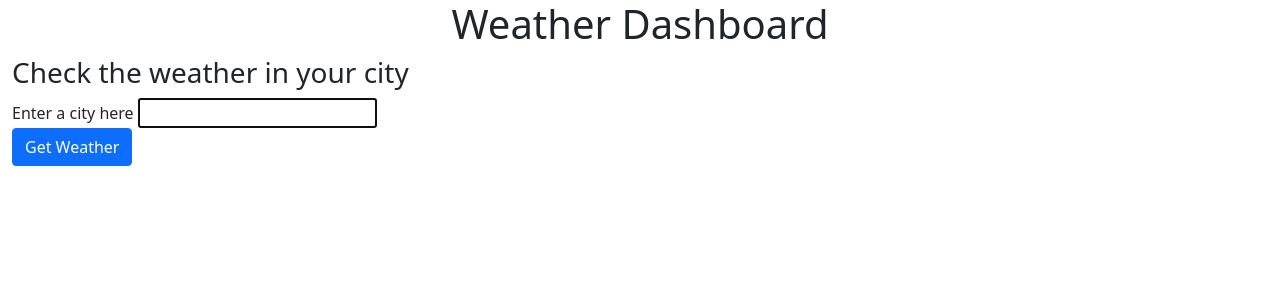
Repository: Naomilounsbury/weather-dashboard
Page: index.html
These files come from the project's save history. The page is drawn as it stood at one moment and after the next save; the edit follows.
The browser window is 1280 px wide. The pictures show the whole page.
Some web libraries are served in a nearby version.

Above is the page before, as saved 2021-12-10 14:43:02.

### index.html
<!DOCTYPE html>
<html lang="en">

<head>
    <meta charset="UTF-8">
    <meta http-equiv="X-UA-Compatible" content="IE=edge">
    <meta name="viewport" content="width=device-width, initial-scale=1.0">
    <link href="https://cdn.jsdelivr.net/npm/bootstrap@5.1.3/dist/css/bootstrap.min.css" rel="stylesheet"
        integrity="sha384-1BmE4kWBq78iYhFldvKuhfTAU6auU8tT94WrHftjDbrCEXSU1oBoqyl2QvZ6jIW3" crossorigin="anonymous">
    <title>weather-dashboard</title>
</head>

<body>
    <div class="container-fluid">
        <h1 class="row justify-content-center bg">
            Weather Dashboard
        </h1>
        <div class="row">
            <div class="holdingmyform col-4">
                <h3 class="weathersearch">Check the weather in your city</h3>
                <form id="weather-form">
                    <label class="freaken-label" for="city">Enter a city here</label>
                    <input name="city" class="city-name" type="text" autofocus="true">
                    <button type="submit" class="btn btn-primary">
                        Get Weather
                    </button>
                </form>
            </div>
            <div class="col-8">
                <div id="city"></div>
                <div class="forecast col-2 justify-content-"></div>
                <div class="temperature"></div>
                <div class="wind-speed"></div>
                <div class="humidity"></div>

            </div>
        </div>
    </div>
    <script src="https://cdn.jsdelivr.net/npm/bootstrap@5.1.3/dist/js/bootstrap.bundle.min.js"
        integrity="sha384-ka7Sk0Gln4gmtz2MlQnikT1wXgYsOg+OMhuP+IlRH9sENBO0LRn5q+8nbTov4+1p"
        crossorigin="anonymous"></script>
    <script src="https://cdnjs.cloudflare.com/ajax/libs/moment.js/2.24.0/moment.min.js"></script>
    <script src="https://code.jquery.com/jquery-3.4.1.min.js"></script>
    <script src="./assets/js/script.js"></script>
</body>

</html>

### assets/js/script.js
//we are fetchingthe api currently we are in miami but hopefully we can change cities
//my requestUrl is a string and we have to make the city part of the string dynamic so will need backticks
//and connect it to the form

//hopefully the way this works is when a city is entered it fetches that data
var nameInputEl = document.querySelector(".city-name");
var getWeather = function (event) {


    //so the whole url needs to be dynamic so I have to put backticks on the whole thing
    //then the dollar sign and curly braces signal javascript that there will be code in here and the code will evaluate to a string that
    // will be input in this position
    var requestURL = `https://api.openweathermap.org/data/2.5/weather?q=${nameInputEl.value.trim()}&appid=82b88905657c227b366aeed2a3762dff&units=metric`
    event.preventDefault()
    //need a variable that lets the getweather function have access to the data
    //and return that data
    //type of is a weird one
    console.log(nameInputEl.value)

    fetch(requestURL)
        // after the request finishes, so when the promise resovles the then part is a function that runs once the promise resolves
        .then(function (response) {
            //there is a .then inside of a .then, why does this work????
            //response.json: the response there is a promise
            //when we do a fetch requestUrl we get a promise that respolves to an object
            //when we do the .then we're making a temporary variable named "response"
            //and a response objuserFormEl.addEventListener("submit", formSubmitHandler);ect and the response object has a .json object on it that returns a promise so we need another .then to capture when the
            //promise is resolved
            //dataData is now another temporary variable that we are using so that when response.json resolves it gets
            //put into the temporary variable and we can work with it inside the function
            return response.json()
        }).then(function (dataData) {
            displayCurrentCity(dataData)
            getForecast(dataData.coord)
        })



    //had to make the response .json because there wasn't any data otherwise
    //.json is the way to get the data out of the response

    //this console log is ouside the fetch
    console.log("outside");
}

// so I grabbed the weather form using jquery and saved it in citySearchName/jquery just messes things up
var citySearchName = document.querySelector("#weather-form");

//I'm not sure if it would be citySearchEl or the button to put the event listener on
// apparently I need the event listener, it needs to be outside the function because we want it to be added as soon as the page loads
citySearchName.addEventListener("submit", getWeather);
var weatherContainerEl = document.querySelector(".cities-container");
var citiesSearch = document.querySelector("#cities")

//creating a function that saves the data in local storage
var saveData = function (city, data) {
    console.log(city)
    console.log(data)
    localStorage.setItem(city, data)
}
var displayCurrentCity = function (data) {
    console.log(data)
    //city date icon temperature wind speed humidity
    //five day forecast for the city
    var displayDate = moment.unix(data.dt).format('MMMM Do YYYY');
    var cityEl = document.querySelector("#city");
    cityEl.innerHTML = `${data.name} ${displayDate} <img src=http://openweathermap.org/img/wn/${data.weather[0].icon}@2x.png>`
    var temperatureEl = document.querySelector(".temperature")
    var windSpeedEl = document.querySelector(".wind-speed")
    var humidityEl = document.querySelector(".humidity")
    temperatureEl.textContent = "Temperature:" + `${data.main.temp}` + "°C"
    windSpeedEl.textContent = "Wind Speed:" + `${data.wind.speed}` + "m/s"
    humidityEl.textContent = "Humidity:" + `${data.main.humidity}` + "%"
    //do I need to append childs here
    //whys this not sh owing up

}
//first add more html elements for current city
//insert data into elements via javascrpt
//create a new display forecast function to display the five day forecast
//display forecast function should go right before I call save data

var fiveDayForecastEl = document.querySelector(".forecast")

var getForecast = function (coord) {
    var forecastUrl = `https://api.openweathermap.org/data/2.5/onecall?lat=${coord.lat}&lon=${coord.lon}&exclude={part}&appid=82b88905657c227b366aeed2a3762dff`

    fetch(forecastUrl).then(function (forecastResponse) {
        return forecastResponse.json()
    }).then(function (forecastData) {
        displayForecast(forecastData)
        //TODO call my display forcast function here
        //so by calling saveData inside the .then on the .then we are getting data
        saveData(nameInputEl.value.trim(), forecastData)
    })
}

var displayForecast = function (forecastData) {

    console.log(forecastData)
    //the for loop is so it runs through all days and hopefully puts them on the page
    for (var i = 1; i < forecastData.daily.length - 2; i++) {
        // Create a list element

        var dailyData = forecastData.daily[i]
        var displayDate = moment.unix(dailyData.dt).format('MMMM Do YYYY');

        var header = document.createElement('h3');
        var listItem = document.createElement('li');
        var temperatureEl = document.createElement('p')
        var windSpeedEl = document.createElement('p')
        var humidityEl = document.createElement('p')

        //TODO add some text to make it look nice
        temperatureEl.textContent = `${dailyData.temp.day}`
        windSpeedEl.textContent = `${dailyData.wind_speed}`
        humidityEl.textContent = `${dailyData.humidity}`
        header.innerHTML = `<img src=http://openweathermap.org/img/wn/${dailyData.weather[0].icon}@2x.png> ${displayDate}`;
        fiveDayForecastEl.appendChild(listItem);

        // listItem.textContent = `${forecastData.daily[i]}`;
        listItem.appendChild(header);
        listItem.append(temperatureEl, windSpeedEl, humidityEl);

    }

}

After the next save:
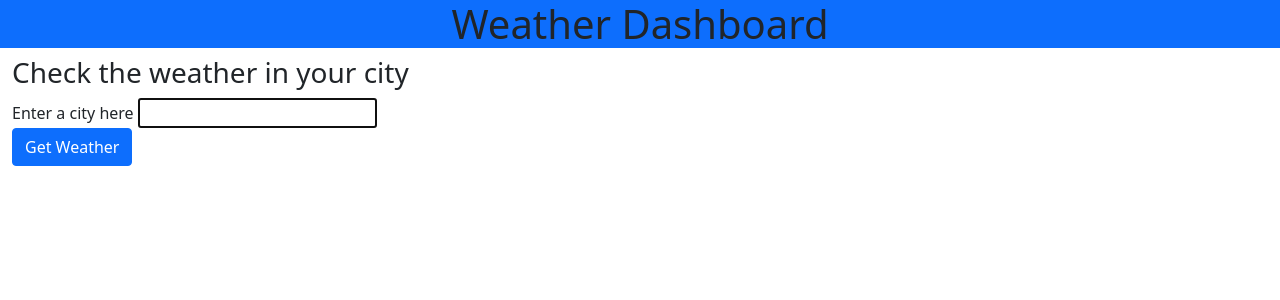
Saved 116 s later.
--- a/index.html
+++ b/index.html
@@ -12,7 +12,7 @@
 
 <body>
     <div class="container-fluid">
-        <h1 class="row justify-content-center bg">
+        <h1 class="row justify-content-center text-dark bg-primary">
             Weather Dashboard
         </h1>
         <div class="row">

After the save that followed:
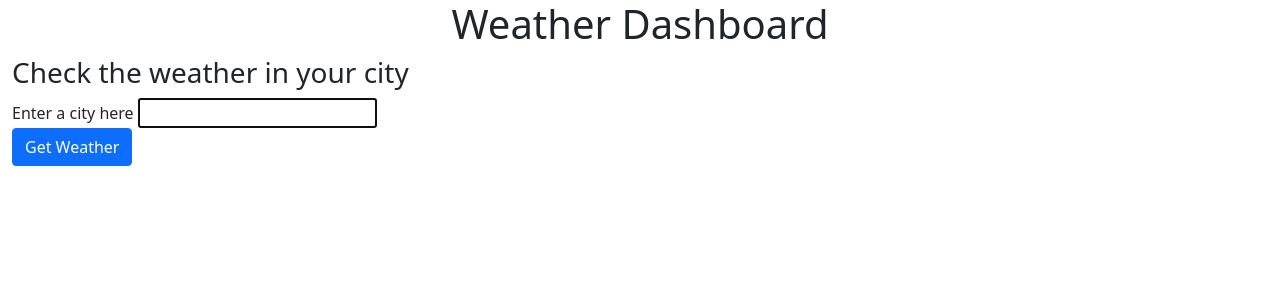
Saved 2 min 32 s later.
--- a/index.html
+++ b/index.html
@@ -12,7 +12,7 @@
 
 <body>
     <div class="container-fluid">
-        <h1 class="row justify-content-center text-dark bg-primary">
+        <h1 class="row justify-content-center text-dark bg-gradient-primary">
             Weather Dashboard
         </h1>
         <div class="row">
